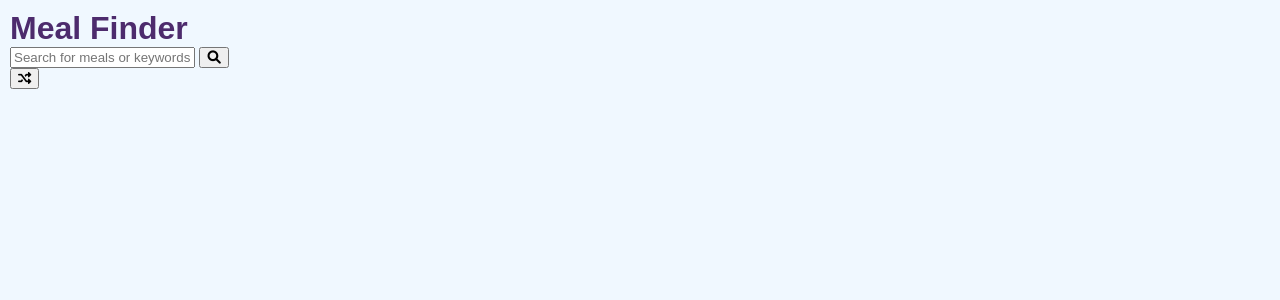
Repository: AbrorjonKuchkarov/search-meal
Page: index.html
These files come from the project's save history. The page is drawn as it stood at one moment and after a run of saves; the edit follows.
The browser window is 1280 px wide. The pictures show the whole page.

Above is the page before, as saved 2022-02-24 23:13:34.

### index.html
<!DOCTYPE html>
<html lang="en">
<head>
   <meta charset="UTF-8">
   <meta http-equiv="X-UA-Compatible" content="IE=edge">
   <meta name="viewport" content="width=device-width, initial-scale=1.0">
   <link rel="stylesheet" href="style.css">
   <link rel="stylesheet" href="https://cdnjs.cloudflare.com/ajax/libs/font-awesome/6.0.0/css/all.min.css">
   <title>Meal Finder</title>
</head>
<body>
   <div class="container">
      <h1>Meal Finder</h1>
      <div class="flex">
         <form id="submit" class="flex" >
            <input type="text" class="search" placeholder="Search for meals or keywords">
            <button id="searchBtn" type="submit" >
               <i class="fas fa-search"></i>
            </button>
         </form>
         <button class="randomBtn" id="random">
            <i class="fas fa-random"></i>
         </button>
      </div>

      <div id="result-handling"></div>
      <div id="meals" class="meals"></div>
      <div id="single-meal"></div>
   </div>


<script src="app.js"></script>
</body>
</html>

### style.css
*{
   box-sizing: border-box;
   margin: 0;
}

body{
   font-family: Arial, Helvetica, sans-serif;
   background-color: aliceblue;
   padding: 10px;
   color: rgb(77, 43, 109);
}

Loaded but not shown: app.js (no copy from this time; the picture is the same without it)

After the next 2 saves:
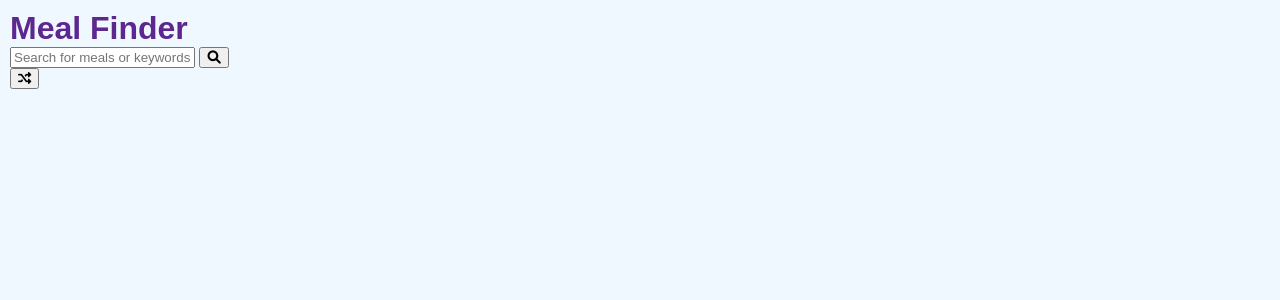
The 2 saves are shown as one change because they came seconds apart.
The last was saved 5 s later.
--- a/style.css
+++ b/style.css
@@ -7,5 +7,5 @@ body{
    font-family: Arial, Helvetica, sans-serif;
    background-color: aliceblue;
    padding: 10px;
-   color: rgb(77, 43, 109);
+   color: rgb(92, 39, 143);
 }
